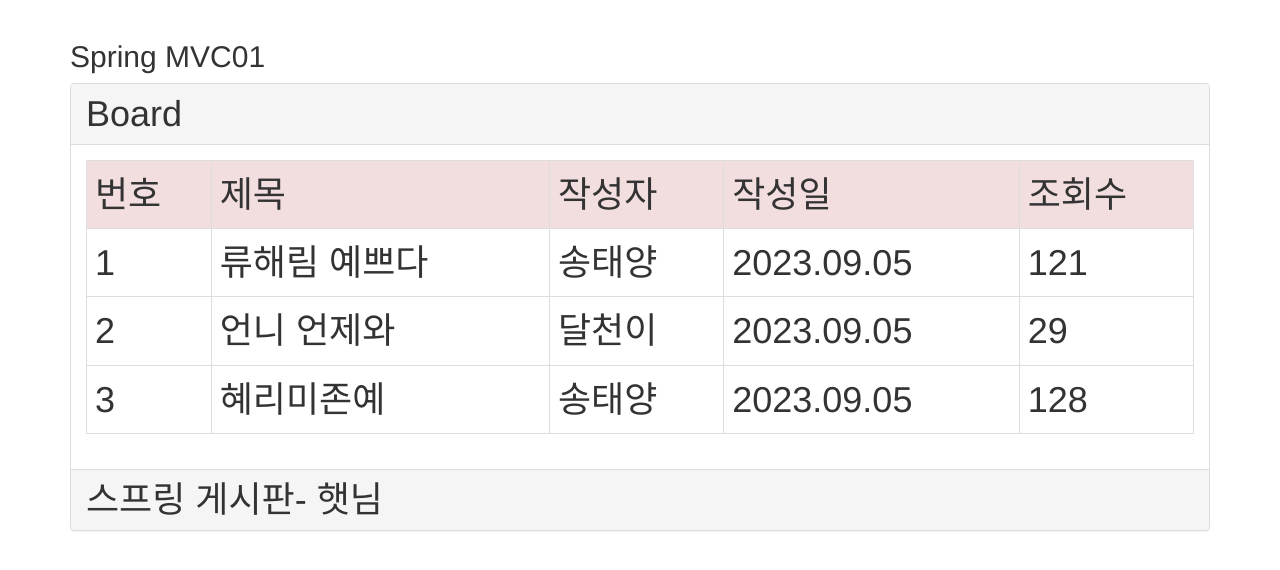
Repository: Hyerim-Ryu/Spring-
Page: http://localhost/SpringMVC01/boardList.do
These files come from the project's save history. The page is drawn as it stood at one moment and after the next save; the edit follows.
The browser window is 1280 px wide. The pictures show the whole page.
The page is served by Tomcat 9. Other server files are loaded and not shown.

Above is the page before, as saved 2023-09-05 02:13:55.

### workspace.edu/SpringMVC01/src/main/webapp/WEB-INF/views/boardList.jsp
<%@ page language="java" contentType="text/html; charset=UTF-8"
    pageEncoding="UTF-8"%>
<%@ taglib prefix="c" uri="http://java.sun.com/jsp/jstl/core" %>
<!DOCTYPE html>
<html>
<head>
<meta charset="UTF-8">
<title>Insert title here</title>
<link rel="stylesheet" href="https://maxcdn.bootstrapcdn.com/bootstrap/3.4.1/css/bootstrap.min.css">
<script src="https://ajax.googleapis.com/ajax/libs/jquery/3.6.4/jquery.min.js"></script>
<script src="https://maxcdn.bootstrapcdn.com/bootstrap/3.4.1/js/bootstrap.min.js"></script>
</head>
<body>
	<h1>
		<div class="container">
		  <h2>Spring MVC01</h2>
			  <div class="panel panel-default">
			    <div class="panel-heading">Board</div>
			    <div class="panel-body">
			    	<table class="table table-bordered table-hover">
			    		<tr class="danger">
			    			<td>번호</td>
			    			<td>제목</td>
			    			<td>작성자</td>
			    			<td>작성일</td>
			    			<td>조회수</td>
			    		</tr>

			    		<tr>
			    			<td>1</td>
			    			<td>류해림 예쁘다</td>
			    			<td>송태양</td>
			    			<td>2023.09.05</td>
			    			<td>121</td>
			    		</tr>

			    		<tr>
			    			<td>2</td>
			    			<td>언니 언제와</td>
			    			<td>달천이</td>
			    			<td>2023.09.05</td>
			    			<td>29</td>
			    		</tr>

			    		<tr>
			    			<td>3</td>
			    			<td>혜리미존예</td>
			    			<td>송태양</td>
			    			<td>2023.09.05</td>
			    			<td>128</td>
			    		</tr>
			    	</table>
			    </div>

			    <div class="panel-footer">스프링 게시판- 햇님</div>
		  </div>
		</div>
	</h1>
</body>
</html>

After the next save:
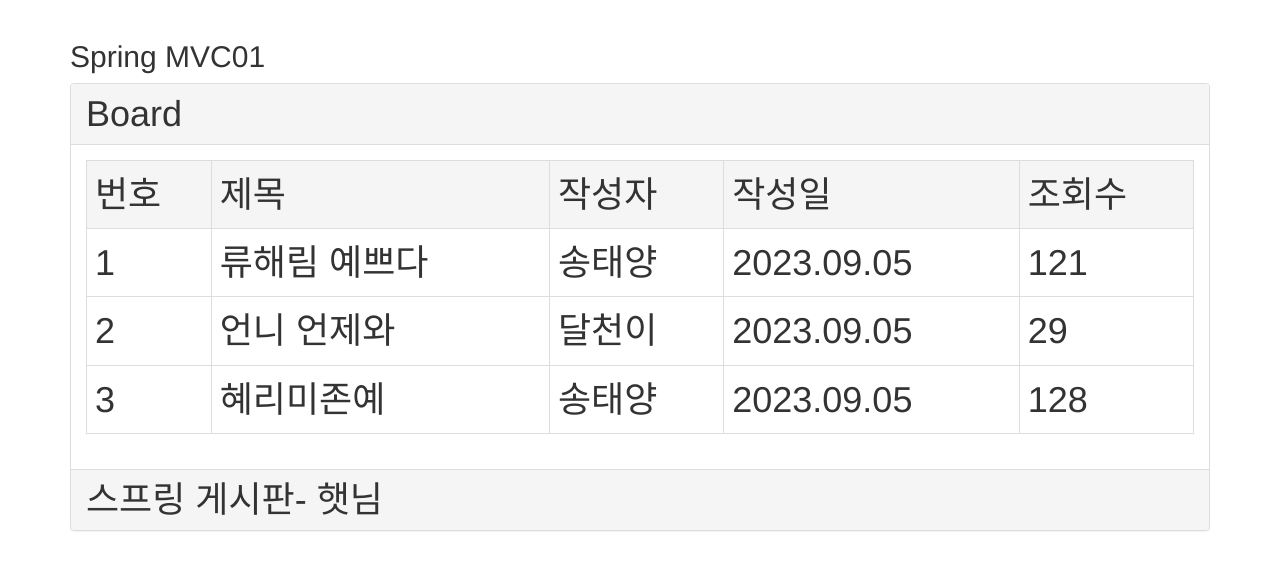
Saved 46 s later.
--- a/workspace.edu/SpringMVC01/src/main/webapp/WEB-INF/views/boardList.jsp
+++ b/workspace.edu/SpringMVC01/src/main/webapp/WEB-INF/views/boardList.jsp
@@ -18,7 +18,7 @@
 			    <div class="panel-heading">Board</div>
 			    <div class="panel-body">
 			    	<table class="table table-bordered table-hover">
-			    		<tr class="danger">
+			    		<tr class="active">
 			    			<td>번호</td>
 			    			<td>제목</td>
 			    			<td>작성자</td>
